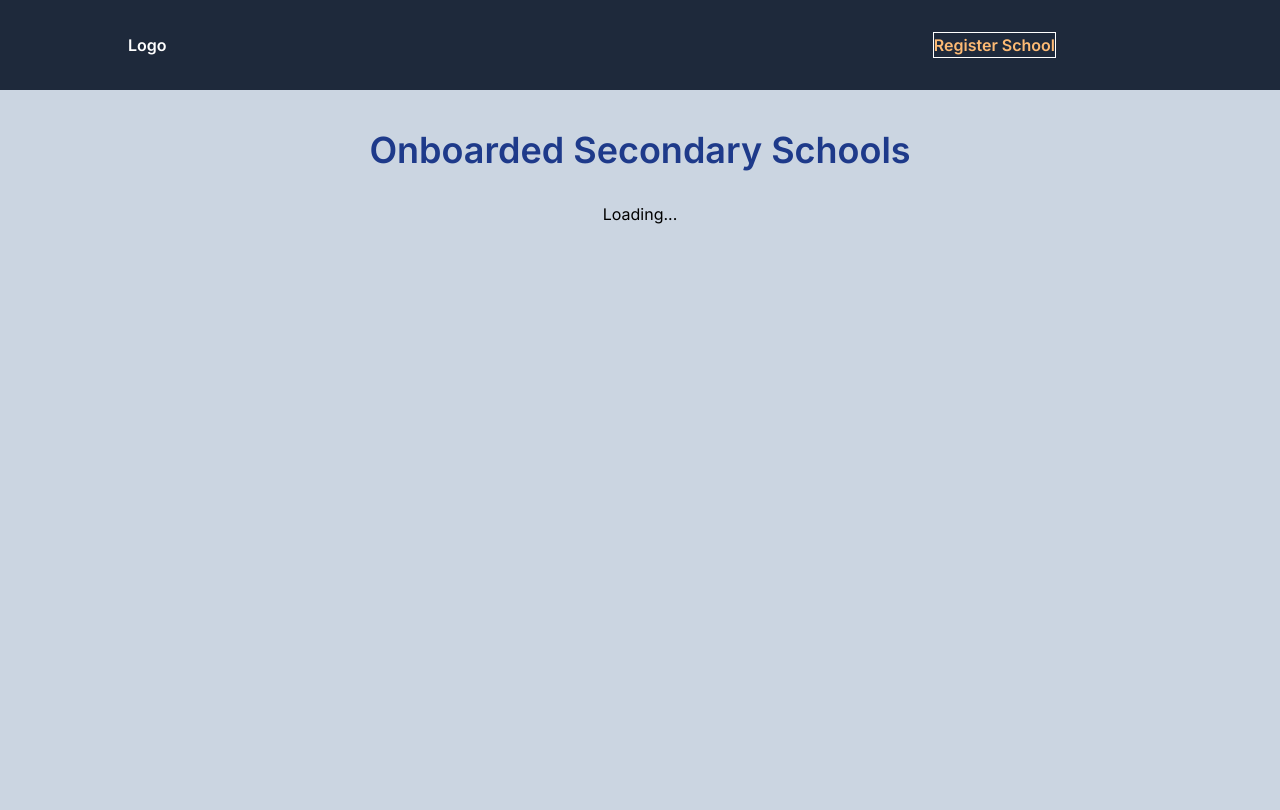
Repository: marcusdashe/fullstack-ts
Page: /
These files come from the project's save history. The page is drawn as it stood at one moment and after the next save; the edit follows.
The browser window is 1280 px wide. The pictures show the whole page.
The page's requests for data from a server got no answer. The project was rebuilt for these pictures with package versions that can differ from the ones it lists, and the page was loaded fresh each time. The framework's server and built-in components were replaced by stand-ins that run in the browser. No one was signed in, and anything a server would have sent is missing. Also part of the build but not shown: next.config.js, app/components/SchoolCard.tsx.

Above is the page before, as saved 2023-07-28 09:55:05.

### app/layout.tsx
import "./globals.css";
import type { Metadata } from "next";
import { Inter } from "next/font/google";
import Navbar from "./components/NavBar";

const inter = Inter({
  weight: ["400", "600"],
  subsets: ["latin"],
});

export const metadata: Metadata = {
  title: "SMP",
  description: "School Management System for Secondary School",
  keywords: ["smp", "lms", "marcus"],
};

export default function RootLayout({
  children,
}: {
  children: React.ReactNode;
}) {
  return (
    <html lang="en">
      <body className={inter.className}>
        <Navbar />
        {children}
      </body>
    </html>
  );
}

### app/page.tsx
import Image from "next/image";
import React from "react";
import Head from "next/head";
import SchoolListed from "@/app/components/SchoolListed";

export default function Home() {
  return (
    <div className="bg-slate-300 min-h-screen">
      <Head>
        <title>School List</title>
        <meta name="description" content="A school management system" />
      </Head>

      <main className="container mx-auto py-10 px-4 flex flex-col items-center justify-center">
        <h1 className="text-4xl font-bold mb-8 text-blue-900">
          Onboarded Secondary Schools
        </h1>
        <SchoolListed />
      </main>
    </div>
  );
}

### app/components/NavBar.tsx
"use client";

import React from "react";
import { useRouter } from "next/router";
import Link from "next/link";
// import Logo from "./Logo";
// import { TwitterIcon, GithubIcon, LinkedInIcon } from "./Icons";
// import { motion } from "framer-motion";

type CustomLinkProps = {
  href: string;
  title: string;
  className: string | object;
};

const CustomLink = ({ href, title, className = "" }: CustomLinkProps) => {
  //   const router = useRouter();

  return (
    <Link href={href} className={`${className} relative group`}>
      {title}
      <span
        className={`h-[1px] inline-block bg-dark absolute left-0 -bottom-0.5 group-hover:w-full transition-[width] ease duration-300 ${
          "w-0" //   router.asPath === href ? "w-full" : "w-0"
        }`}
      >
        &nbsp;
      </span>
    </Link>
  );
};

const Navbar: React.FC = () => {
  return (
    <header
      className="w-full px-32 py-8 font-bold
            flex items-center justify-between sticky top-0 z-10 bg-slate-800 text-white"
    >
      <nav>
        <CustomLink href="/" title="Logo" className="mr-4" />
        {/* <CustomLink href="/about" title="About" className="mx-4" /> */}
      </nav>

      <nav className="flex items-center justify-center flex-wrap">
        <a
          href="/school"
          className="w-max-content mx-3 text-orange-300 border border-white"
        >
          Register School
        </a>
        <a
          href="https://www.linkedin.com/in/marcus-dashe-15a088202"
          target={"_blank"}
          className="w-6 mx-3"
        ></a>
        <a
          href="https://www.github.com/marcusdashe"
          target={"_blank"}
          className="w-6 ml-3"
        >
          {/* <GithubIcon /> */}
        </a>
      </nav>
      <div className="absolute left-[50%] top-2 translate-x-[-50]">
        {/* <Logo /> */}
      </div>
    </header>
  );
};

export default Navbar;

### app/components/SchoolListed.tsx
"use client";

import React, { useState, useEffect } from "react";
import SchoolService, { School } from "@/app/services/api/school.service";
import SchoolCard from "@/app/components/SchoolCard";

const SchoolListed: React.FC = () => {
  const [schoolArray, setSchoolArray] = useState<School[]>([]);
  const [loading, setLoading] = useState<Boolean>(true);

  useEffect(() => {
    const fetchSchools = async () => {
      try {
        const response = await SchoolService.fetchAllSchools();
        // if (response.statusText !== "ok")
        //   throw Error("Did not receive expected data");
        console.log(response.data);
        setSchoolArray(response.data);
      } catch (error: any) {
        console.log(error.message);
      } finally {
        setLoading(false);
      }
    };
    setTimeout(() => {
      (async () => await fetchSchools())();
    }, 2000);
  }, []);
  return (
    <>
      <div className="grid grid-cols-1">
        {schoolArray.length > 0 ? (
          <>
            {schoolArray.map((school: School) => (
              <SchoolCard key={school.schoolEmail} {...school} />
            ))}
          </>
        ) : (
          <>
            <p>Loading...</p>
          </>
        )}
      </div>
    </>
  );
};

export default SchoolListed;

### app/services/api/school.service.ts
import axios, { AxiosResponse } from "axios";
import config from "../config";

export interface School {
  schoolName: string;
  schoolAddress: string;
  schoolPhoneNumber: string;
  schoolWebsite: string;
  schoolEmail: string;
  schoolLogo: string;
}

const API_URL: string = config.API_BASE_URL;

class SchoolService {
  static client = axios.create({
    baseURL: API_URL,
  });

  async registerSchool(school: School): Promise<AxiosResponse<School>> {
    const response = await SchoolService.client.post<School>(
      "/schools/create",
      school
    );
    return response;
  }

  async fetchAllSchools(): Promise<AxiosResponse<School[]>> {
    const response = await SchoolService.client.get<School[]>("/schools/all");
    return response;
  }

  async fetchSchoolById(id: number): Promise<AxiosResponse<School>> {
    const response = await SchoolService.client.get<School>(`/school/${id}`);
    return response;
  }

  async updateSchool6(
    school: School,
    id: number
  ): Promise<AxiosResponse<School>> {
    const response = await SchoolService.client.put<School>(
      `/schools/${id}`,
      school
    );
    return response;
  }

  async delSchoolById(id: number): Promise<AxiosResponse<void>> {
    const response = await SchoolService.client.delete<void>(`/schools/${id}`);
    return response;
  }

  async fetchSchoolByName(schoolName: string): Promise<AxiosResponse<School>> {
    const response = await SchoolService.client.get<School>(
      `/schools/byName/${schoolName}`
    );
    return response;
  }

  async fetchSchoolByPhoneNumber(
    phoneNumber: string
  ): Promise<AxiosResponse<School>> {
    const response = await SchoolService.client.get<School>(
      `/schools/byPhoneNumber/${phoneNumber}`
    );
    return response;
  }

  async fetchSchoolByWebsite(
    schoolWebsite: string
  ): Promise<AxiosResponse<School>> {
    const response = await SchoolService.client.get<School>(
      `/schools/byWebsite/${schoolWebsite}`
    );
    return response;
  }

  async fetchSchoolByEmail(email: string): Promise<AxiosResponse<School>> {
    const response = await SchoolService.client.get<School>(
      `/schools/byEmail/${email}`
    );
    return response;
  }
}

export default new SchoolService();

### app/services/config.ts
export default {
  API_BASE_URL:
    `${process.env.NEXT_PUBLIC_BACKEND_BASE_URL}/api-v1` ||
    "http://localhost:8000/api-v1",
};

Loaded but not shown: app/globals.css (common file); tailwind.config.js (common file)

After the next save:
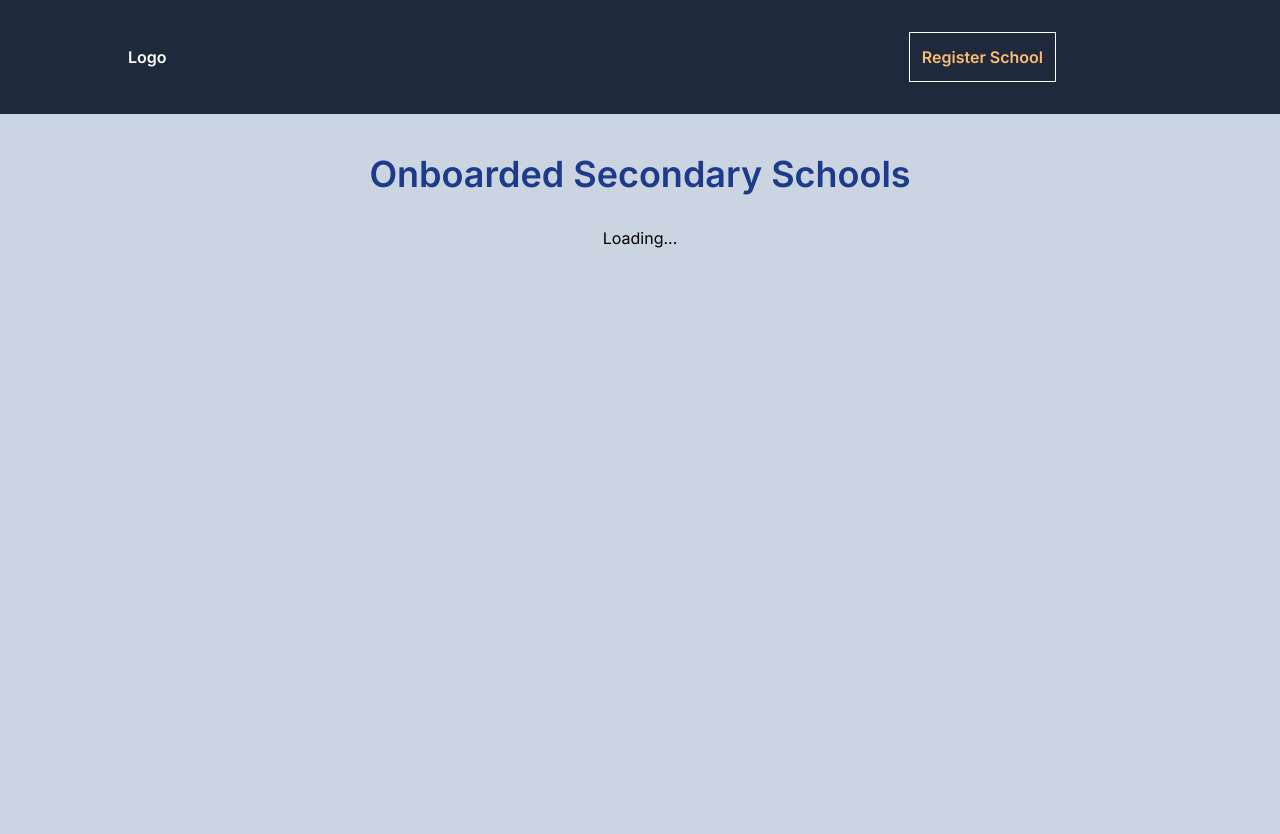
Saved 8 s later.
--- a/app/components/NavBar.tsx
+++ b/app/components/NavBar.tsx
@@ -44,7 +44,7 @@ const Navbar: React.FC = () => {
       <nav className="flex items-center justify-center flex-wrap">
         <a
           href="/school"
-          className="w-max-content mx-3 text-orange-300 border border-white"
+          className="w-max-content mx-3 text-orange-300 border border-white p-3"
         >
           Register School
         </a>
